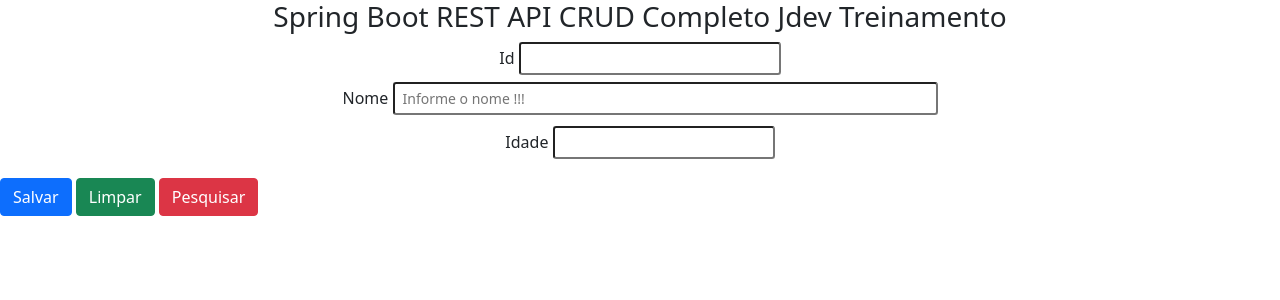
Repository: isaquelimaof/REST-API-SpringBoot
Page: springboot-rest-api-sample/src/main/resources/static/index.html
These files come from the project's save history. The page is drawn as it stood at one moment and after the next save; the edit follows.
The browser window is 1280 px wide. The pictures show the whole page.

Above is the page before, as saved 2022-05-05 18:04:48.

### springboot-rest-api-sample/src/main/resources/static/index.html
<!DOCTYPE html>
<html lang="pt-br">
<head>
<meta charset="utf-8">
<meta name="viewport" content="width=device-width, initial-scale=1">
<link rel="stylesheet" type="text/css" href="css.css" media="screen" />
<!-- Bootstrap CSS -->
<link
	href="https://cdn.jsdelivr.net/npm/bootstrap@5.1.3/dist/css/bootstrap.min.css"
	rel="stylesheet"
	integrity="sha384-1BmE4kWBq78iYhFldvKuhfTAU6auU8tT94WrHftjDbrCEXSU1oBoqyl2QvZ6jIW3"
	crossorigin="anonymous">
<title>API REST FULL</title>
</head>
<body>
	<h3>Spring Boot REST API CRUD Completo Jdev Treinamento</h3>

	<form action="" id="formCadastroUser">

		<div class="mb-1">
			<label for="id" class="form-label">Id</label> <input type="text"
				class="form-control-sm" id="id" size="25px" readonly="readonly">
		</div>
		<div class="mb-2">
			<label for="nome" class="form-label">Nome</label> <input type="text"
				id="nome" class="form-control-sm" size="60px"
				placeholder="Informe o nome !!!">
		</div>
		<div class="mb-3">
			<label for="idade" class="form-label">Idade</label> <input
				type="number" class="form-control-sm" id="idade">
		</div>
	</form>

	<button type="button" class="btn btn-primary" onclick="salvarUsuario()">Salvar</button>
	<button type="button" class="btn btn-success"
		onclick="document.getElementById('formCadastroUser').reset()">Limpar</button>
	<button type="button" class="btn btn-danger" data-bs-toggle="modal"
		data-bs-target="#modalPesquisarUser" data-bs-whatever="@getbootstrap">Pesquisar</button>

	<div class="modal fade" id="modalPesquisarUser" tabindex="-1"
		aria-labelledby="exampleModalLabel" aria-hidden="true">
		<div class="modal-dialog">
			<div class="modal-content">
				<div class="modal-header">
					<h5 class="modal-title" id="exampleModalLabel">Pesquisar
						Usuário</h5>
					<button type="button" class="btn-close" data-bs-dismiss="modal"
						aria-label="Close"></button>
				</div>
				<div class="modal-body">
					<form>
						<div class="mb-3">
							<label for="nameBusca" class="col-form-label">Nome:</label>
							<input type="text" class="form-control" id="nameBusca">
						</div>

						<button type="button" class="btn btn-success">Pesquisar !</button>
						<!-- <div class="mb-3">
							<label for="message-text" class="col-form-label">Message:</label>
							<textarea class="form-control" id="message-text"></textarea>
						</div>  -->

					</form>

					<table class="table">
						<thead>
							<tr>
								<th scope="col">ID</th>
								<th scope="col">Nome</th>
								<th scope="col">Editar</th>
							</tr>
						</thead>
						<tbody>
							<tr>
								<th scope="row">1</th>
								<td>Mark</td>
								<td>Otto</td>
								<td>@mdo</td>
							</tr>
							<tr>
								<th scope="row">2</th>
								<td>Jacob</td>
								<td>Thornton</td>
								<td>@fat</td>
							</tr>

						</tbody>
					</table>

				</div>

				<!-- <div class="modal-footer">
						<button type="button" class="btn btn-primary">Send message</button>-->
				<button type="button" class="btn btn-danger" data-bs-dismiss="modal">Sair
					!</button>

			</div>
		</div>
	</div>
	</div>


	<script src="https://code.jquery.com/jquery-3.6.0.min.js"
		integrity="sha256-/xUj+3OJU5yExlq6GSYGSHk7tPXikynS7ogEvDej/m4="
		crossorigin="anonymous"></script>

	<!-- Option 1: Bootstrap Bundle with Popper -->
	<script
		src="https://cdn.jsdelivr.net/npm/bootstrap@5.1.3/dist/js/bootstrap.bundle.min.js"
		integrity="sha384-ka7Sk0Gln4gmtz2MlQnikT1wXgYsOg+OMhuP+IlRH9sENBO0LRn5q+8nbTov4+1p"
		crossorigin="anonymous"></script>


	<script type="text/javascript">
		function salvarUsuario() {
			//busca valores no campo
			var id = $("#id").val();
			var nome = $("#nome").val();
			var idade = $("#idade").val();

			//Trabalhando com Ajax - Sempre vai ser usado esse modelo para se comunicar com a API
			$.ajax({
				method : "POST",
				url : "salvar",
				data : JSON.stringify({
					id : id,
					nome : nome,
					idade : idade
				}),
				contentType : "application/json; charset=utf-8",
				success : function(response) {
					$("#id").val(response.id);
					alert("Salvo com Sucesso!");
				}
			}).fail(function(xhr, status, errorThrown) {
				alert("Erro ao salvar usuario !: " + xhr.responseText);
			});

		}
	</script>

</body>
</html>

### springboot-rest-api-sample/src/main/resources/static/css.css
@charset "utf-8";

h3 {
	text-align: center;

}
.mb-1{
	text-align: center;
}
.mb-2{
	text-align: center;
}
.mb-3{
	text-align: center;
}

.class .btn {
	text-align: center;
}

p.dotted {
	border-style: dotted;
	}

After the next save:
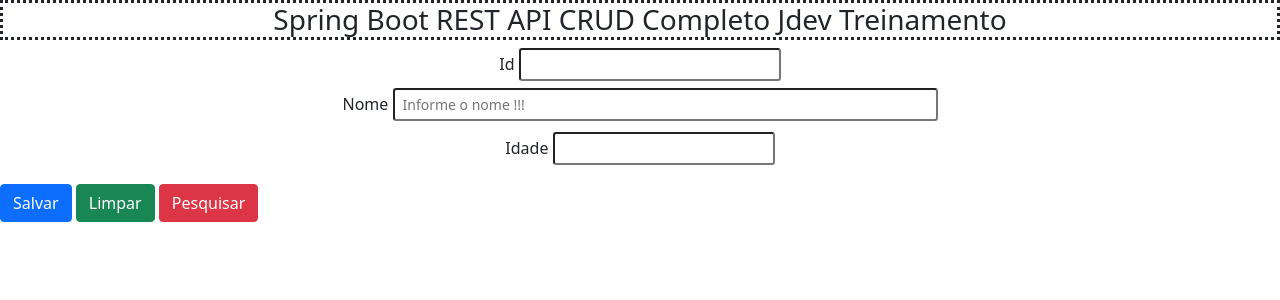
Saved 11 s later.
--- a/springboot-rest-api-sample/src/main/resources/static/css.css
+++ b/springboot-rest-api-sample/src/main/resources/static/css.css
@@ -17,7 +17,6 @@
 .class .btn {
 	text-align: center;
 }
-
-p.dotted {
+h3 {
 	border-style: dotted;
 	}

After the save that followed:
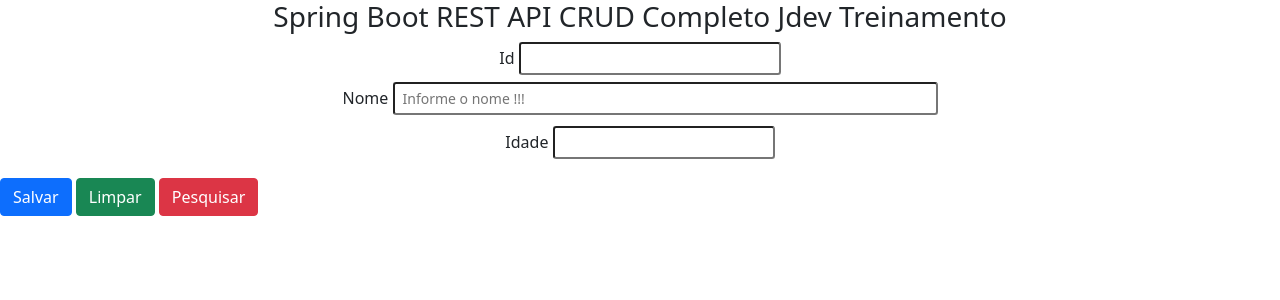
Saved 9 s later.
--- a/springboot-rest-api-sample/src/main/resources/static/css.css
+++ b/springboot-rest-api-sample/src/main/resources/static/css.css
@@ -18,5 +18,5 @@
 	text-align: center;
 }
 h3 {
-	border-style: dotted;
+	border-style: hidden;
 	}
